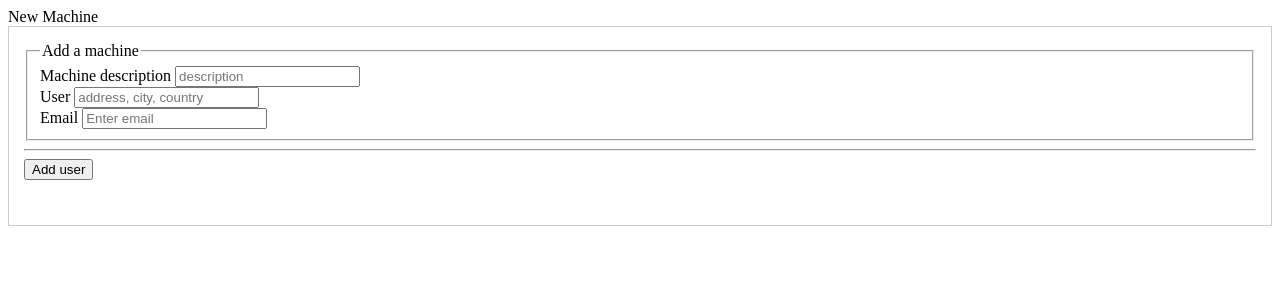
Repository: manu-bulboaca/ApneeaProject
Page: public/AngularApp/pages/insertMachine.html
These files come from the project's save history. The page is drawn as it stood at one moment and after the next save; the edit follows.
The browser window is 1280 px wide. The pictures show the whole page.

Above is the page before, as saved 2015-03-18 15:54:23.

After the next save:
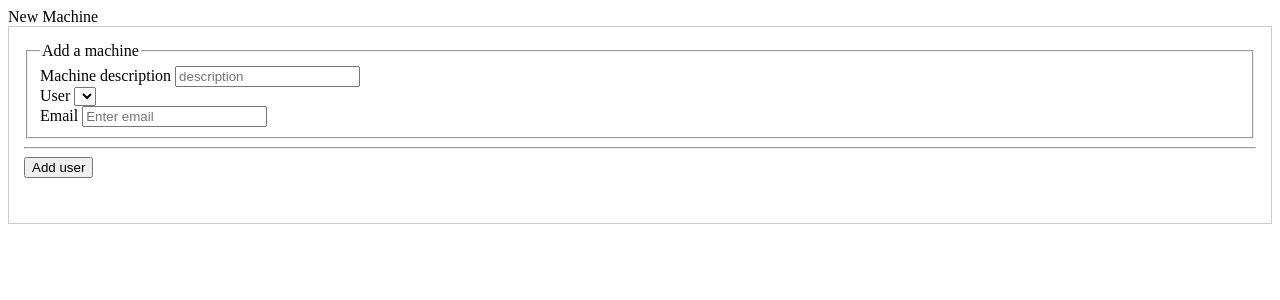
Saved 8 min 53 s later.
--- a/public/AngularApp/pages/insertMachine.html
+++ b/public/AngularApp/pages/insertMachine.html
@@ -14,13 +14,15 @@
 					class="form-group has-success has-feedback col-xs-12 col-md-12 col-lg-12">
 
 					<div class="form-group">
-						<label>Machine description</label> <input type="name" ng-model="desc"
-							class="form-control" placeholder="description">
+						<label>Machine description</label> <input type="name"
+							ng-model="desc" class="form-control" placeholder="description">
 					</div>
 
 					<div class="form-group">
-						<label>User</label> <input type="address" ng-model="address"
-							class="form-control" placeholder="address, city, country">
+						<label>User</label>
+						<select class="form-control" id="sel1">
+							<option ng-repeat="item in usersSelect"></option>
+						</select>
 					</div>
 
 					<label>Email</label> <input type="email" ng-model="email"
